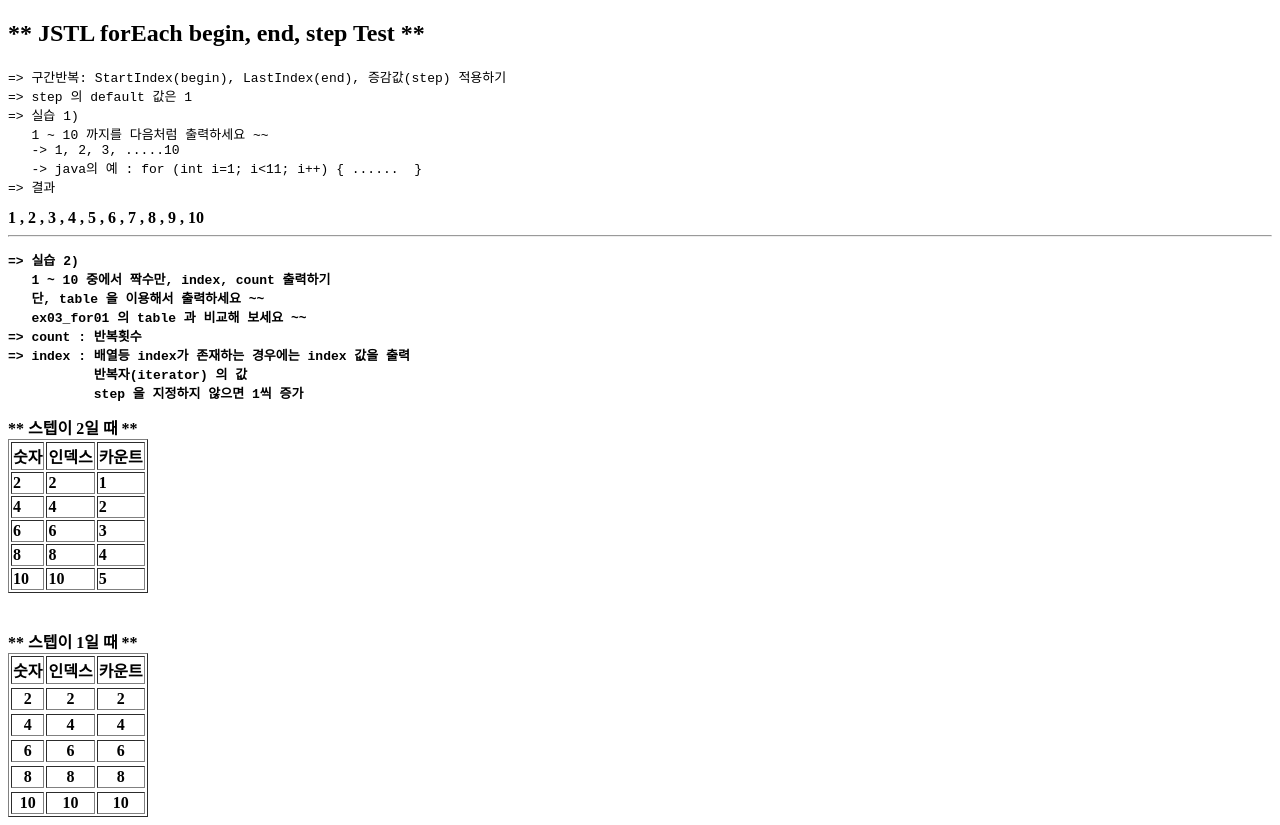
Repository: JYH94/JAVA
Page: http://localhost/web01/jsp03_jstl/ex03_for02.jsp
An editor plug-in stored every save of this project. The page is shown before and after the next save, followed by the edit.
The browser window is 1280 px wide. The pictures show the whole page.
The page is served by Tomcat 9. Other server files are loaded and not shown.

Above is the page before, as saved 2024-01-17 01:02:19.

### web01/src/main/webapp/jsp03_jstl/ex03_for02.jsp
<%@ page language="java" contentType="text/html; charset=UTF-8"
    pageEncoding="UTF-8"%>
<%@ taglib uri="http://java.sun.com/jsp/jstl/core" prefix="c" %>
<!DOCTYPE html>
<html>
<head>
<meta charset="UTF-8">
<title>** JSTL forEach begin, end, step Test **</title>
</head>
<body>
<h2>** JSTL forEach begin, end, step Test **</h2>
<pre>
=> 구간반복: StartIndex(begin), LastIndex(end), 증감값(step) 적용하기
=> step 의 default 값은 1
=> 실습 1)
   1 ~ 10 까지를 다음처럼 출력하세요 ~~
   -> 1, 2, 3, .....10
   -> java의 예 : for (int i=1; i<11; i++) { ......  }
=> 결과
</pre>
<b>

<c:forEach begin="1" end="10" var="number" step="1" varStatus="vs">
	${number}
	${vs.last ? "" : ", " }
</c:forEach>

<hr><pre>
=> 실습 2)
   1 ~ 10 중에서 짝수만, index, count 출력하기
   단, table 을 이용해서 출력하세요 ~~
   ex03_for01 의 table 과 비교해 보세요 ~~
=> count : 반복횟수
=> index : 배열등 index가 존재하는 경우에는 index 값을 출력
           반복자(iterator) 의 값
           step 을 지정하지 않으면 1씩 증가
</pre>

** 스텝이 2일 때 **
<table border=1;>
<tr>
	<th>숫자</th>
	<th>인덱스</th>
	<th>카운트</th>
</tr>
<c:forEach var="num" step="2" begin="2" end="10" varStatus="Q">
	<tr>
		<td>${num}</td>
		<td>${Q.index}</td>
		<td>${Q.count}</td>
	</tr>
</c:forEach>
</table>

<br>
<br>

** 스텝이 1일 때 **
<table border=1 style="text-align:center; "width:90%;>
<tr>
	<th>숫자</th>
	<th>인덱스</th>
	<th>카운트</th>
</tr>
<c:forEach var="num" begin="1" end="10" varStatus="Q">
	<tr>
		<c:if test="${num%2 == 0}">
			<td>${num}</td>
			<td>${Q.index}</td>
			<td>${Q.count}</td>
		</c:if>

		<c:if test="${num%2 != 0}"></c:if>

	</tr>
</c:forEach>
<!--
위 반복문을 돌리면 숫자가 2,4,6,8,10 이 찍히고
인덱스도 2,4,6,8,10이 찍히는 모습을 볼 수 있다.
그 이유는 시작점이 1 / 종료점이 10일 뿐이지 배열이 아니기 때문이다.
forEach반복문이 1부터 돌면서 조건문을 통해 건너뛰기 때문에
인덱스가 1,2,3,4,5가 아닌 2,4,6,8,10이 찍힌다.
 -->
</table>






</b>
</body>
</html>

After the next save:
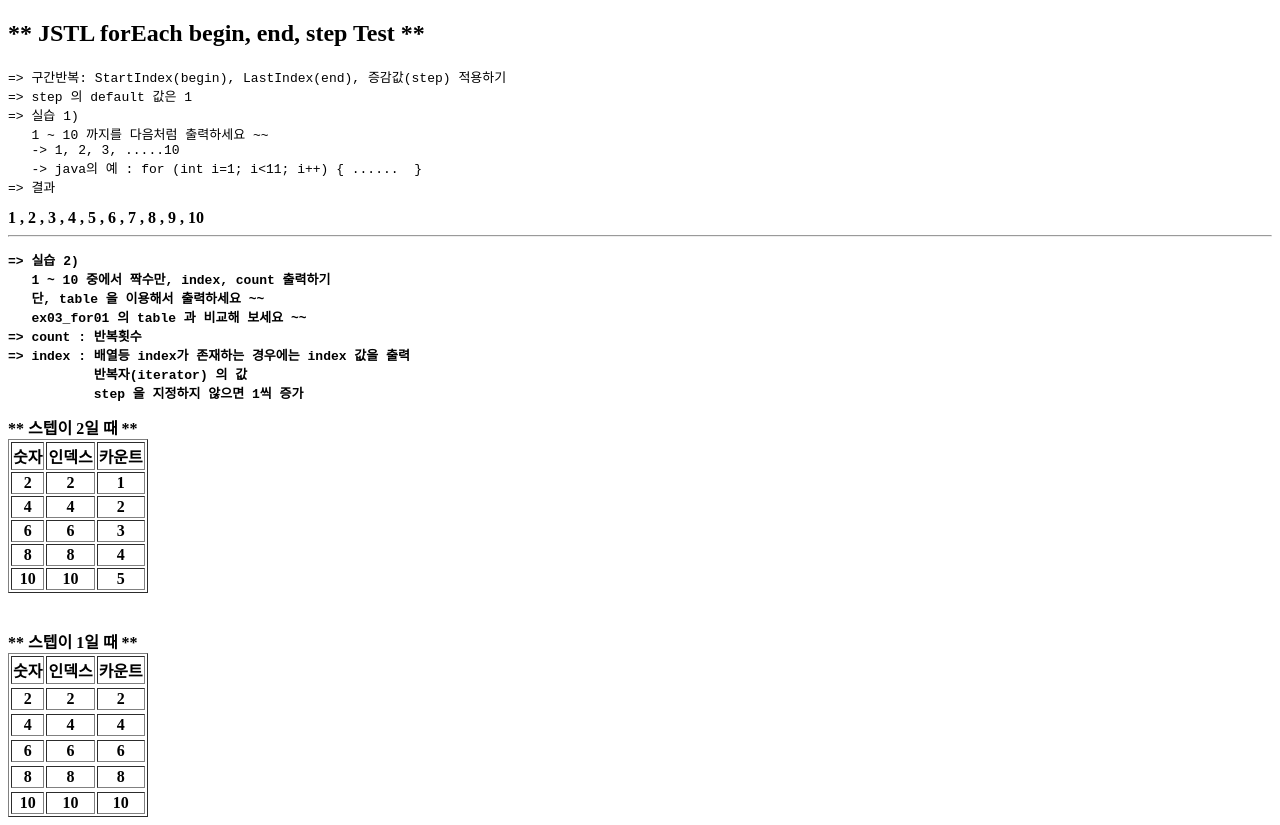
Saved 8 s later.
--- a/web01/src/main/webapp/jsp03_jstl/ex03_for02.jsp
+++ b/web01/src/main/webapp/jsp03_jstl/ex03_for02.jsp
@@ -37,7 +37,7 @@
 </pre>
 
 ** 스텝이 2일 때 **
-<table border=1;>
+<table border=1; style="text-align:center; "width:90%;>
 <tr>
 	<th>숫자</th>
 	<th>인덱스</th>
